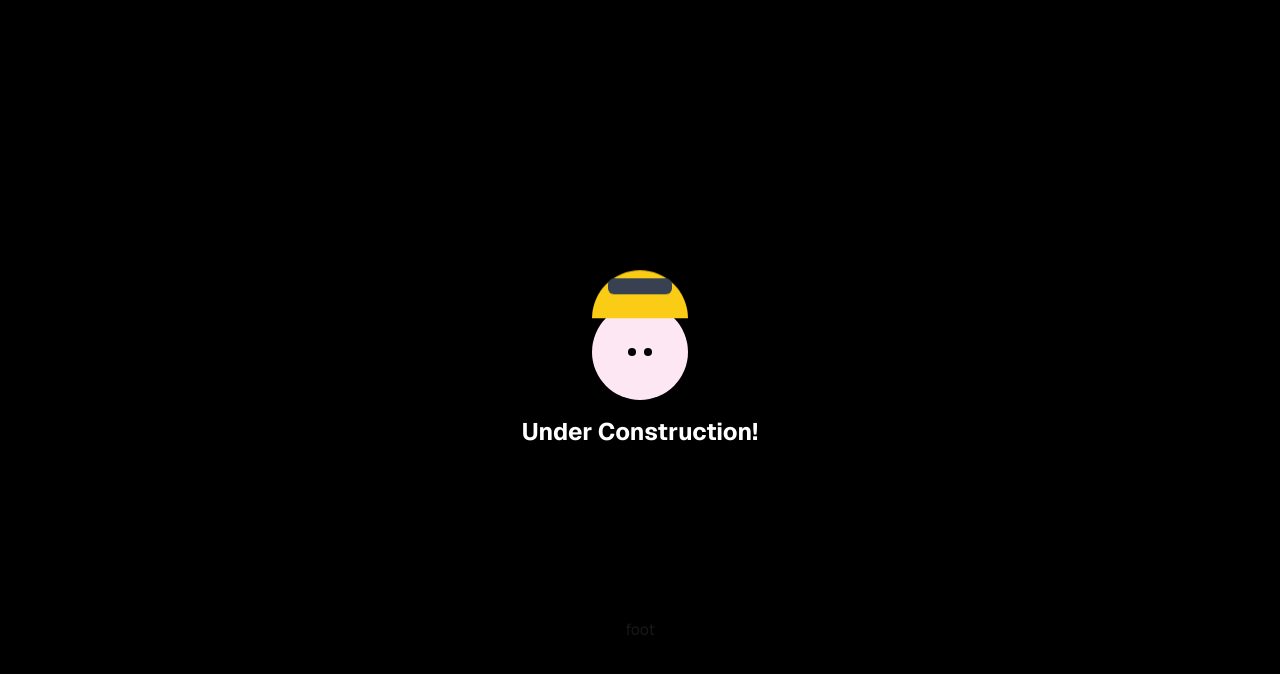
Repository: madelinestruthers/portfolio
Page: / (app in madeline-struthers-portfolio/)
The author's editor kept a copy of each file at every save. The page is drawn from the files as they stood at one save, then again after the next save.
The browser window is 1280 px wide. The pictures show the whole page.
The project was rebuilt for these pictures with package versions that can differ from the ones it lists, and the page was loaded fresh each time. The framework's server and built-in components were replaced by stand-ins that run in the browser. Also part of the build but not shown: madeline-struthers-portfolio/next.config.mjs.

Above is the page before, as saved 2025-01-10 19:59:26.

### madeline-struthers-portfolio/src/app/page.js
import Image from "next/image";

export default function Home() {
  return (
    <div className="grid grid-rows-[20px_1fr_20px] items-center justify-items-center min-h-screen p-8 pb-20 gap-16 sm:p-20 font-[family-name:var(--font-geist-sans)] bg-black">
      <main className="flex flex-col gap-8 row-start-2 items-center sm:items-start">
        <div className="flex flex-col items-center gap-4">
          {/* Face with Animated Hard Hat */}
          <div className="relative w-32 h-32">
            {/* Hard Hat */}
            <div className="absolute top-0 left-4 w-24 h-12 bg-yellow-400 rounded-t-full animate-bounce z-10">
              <div className="absolute top-2 left-4 w-16 h-4 bg-gray-700 rounded-md"></div>
            </div>
            {/* Face */}
            <div className="absolute bottom-0 left-4 w-24 h-24 bg-pink-100 rounded-full flex items-center justify-center z-0">
              <div className="w-2 h-2 bg-black rounded-full mr-2"></div>
              <div className="w-2 h-2 bg-black rounded-full"></div>
            </div>
          </div>
          {/* Text */}
          <div className="text-2xl font-bold text-white">
            Under Construction!
          </div>
        </div>
      </main>
      <footer className="row-start-3 flex gap-6 flex-wrap items-center justify-center">
        <div>foot</div>
      </footer>
    </div>
  );
}

Loaded but not shown: madeline-struthers-portfolio/src/app/layout.js (common file); madeline-struthers-portfolio/src/app/globals.css (common file); madeline-struthers-portfolio/tailwind.config.mjs (common file)

After the next save:
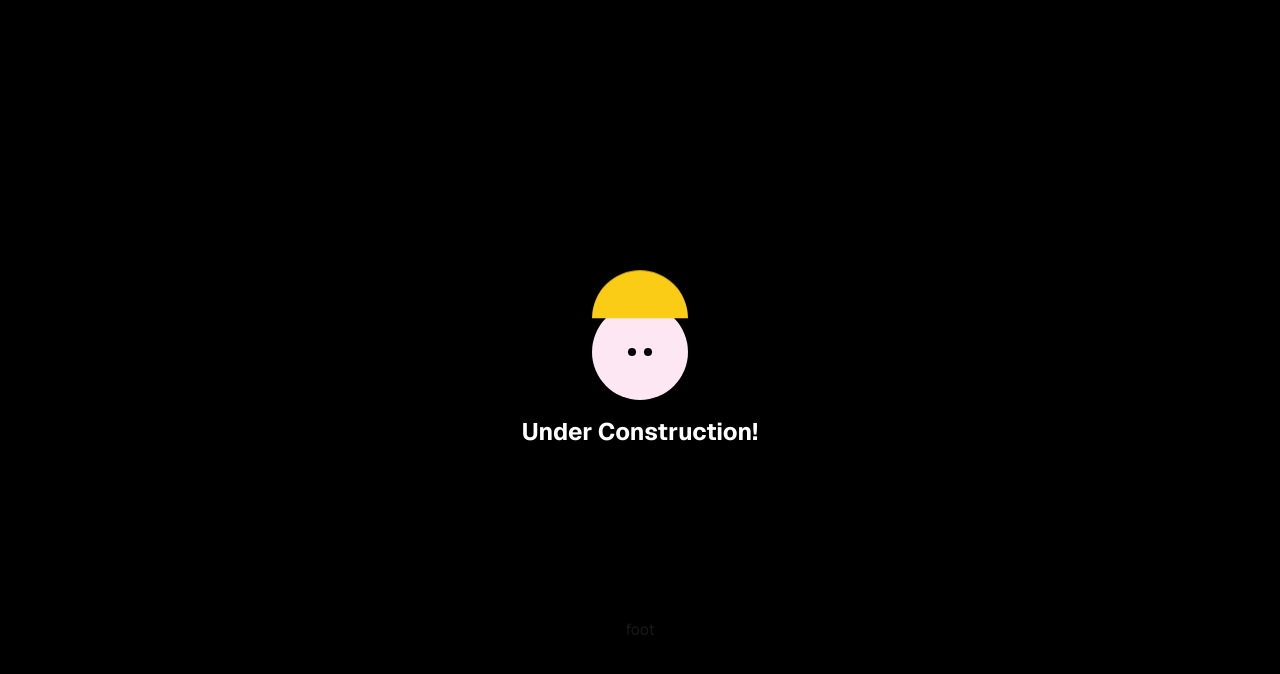
Saved 23 s later.
--- a/madeline-struthers-portfolio/src/app/page.js
+++ b/madeline-struthers-portfolio/src/app/page.js
@@ -9,7 +9,7 @@ export default function Home() {
           <div className="relative w-32 h-32">
             {/* Hard Hat */}
             <div className="absolute top-0 left-4 w-24 h-12 bg-yellow-400 rounded-t-full animate-bounce z-10">
-              <div className="absolute top-2 left-4 w-16 h-4 bg-gray-700 rounded-md"></div>
+
             </div>
             {/* Face */}
             <div className="absolute bottom-0 left-4 w-24 h-24 bg-pink-100 rounded-full flex items-center justify-center z-0">
